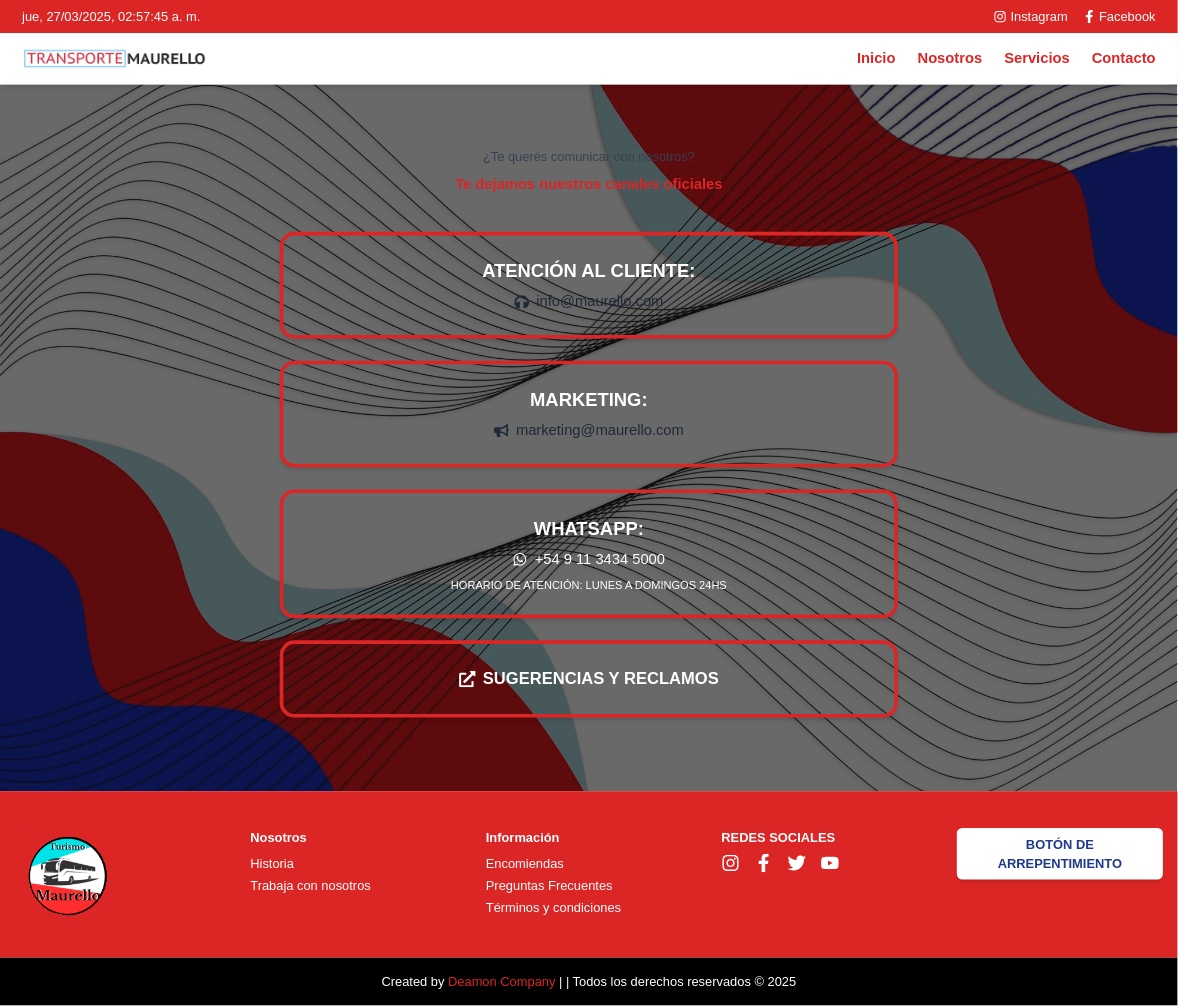
Repository: francoluca35/empresacolectivo
Page: /Contacto
An editor plug-in stored every save of this project. The page is shown before and after the next save, followed by the edit.
The browser window is 1280 px wide. The pictures show the whole page, at 92% of full size.
The project was rebuilt for these pictures with package versions that can differ from the ones it lists, and the page was loaded fresh each time. The framework's server and built-in components were replaced by stand-ins that run in the browser. Also part of the build but not shown: next.config.js, next.config.mjs.

Above is the page before, as saved 2025-03-27 03:07:38.

After the next save:
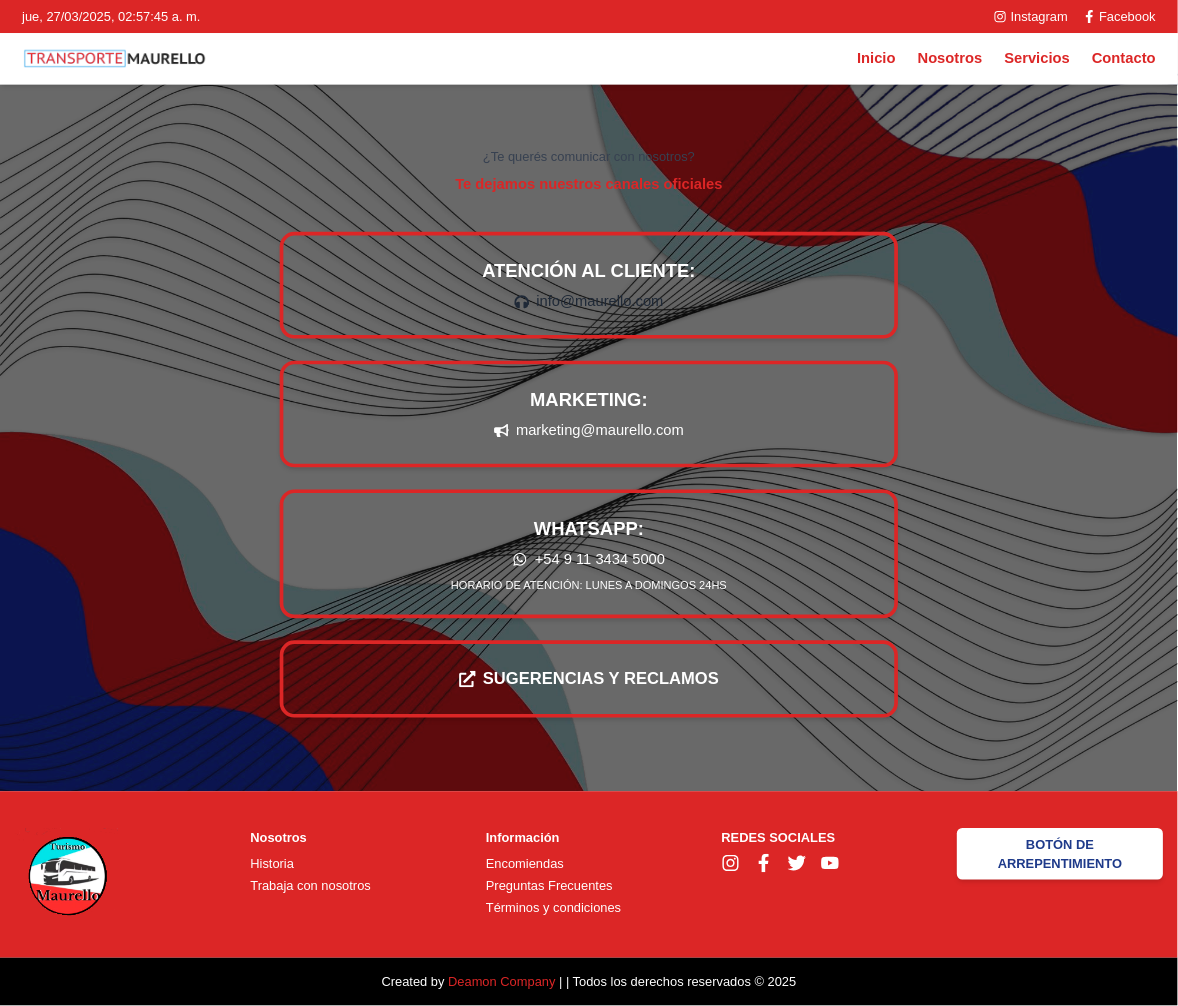
Saved 8 s later.
--- a/src/app/Contacto/page.js
+++ b/src/app/Contacto/page.js
@@ -33,7 +33,7 @@
         {/* Marketing */}
         <div className="border-4 border-red-600 rounded-2xl py-6 px-4 shadow-md hover:bg-white">
           <h3 className="text-xl text-white font-bold mb-2">MARKETING:</h3>
-          <p className="text-gray-800 flex justify-center items-center gap-2">
+          <p className="text-white flex justify-center items-center gap-2">
             <FaBullhorn /> marketing@maurello.com
           </p>
         </div>
